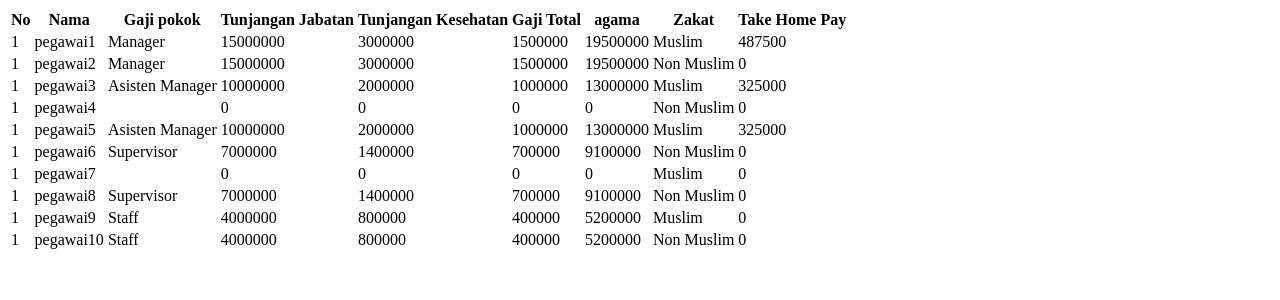
Repository: AHSANS354/Tugas-MSIB-5-GitHub
Page: tugasper3js.html
The author's editor kept a copy of each file at every save. The page is drawn from the files as they stood at one save, then again after the next save.
The browser window is 1280 px wide. The pictures show the whole page.

Above is the page before, as saved 2023-09-10 13:27:43.

After the next save:
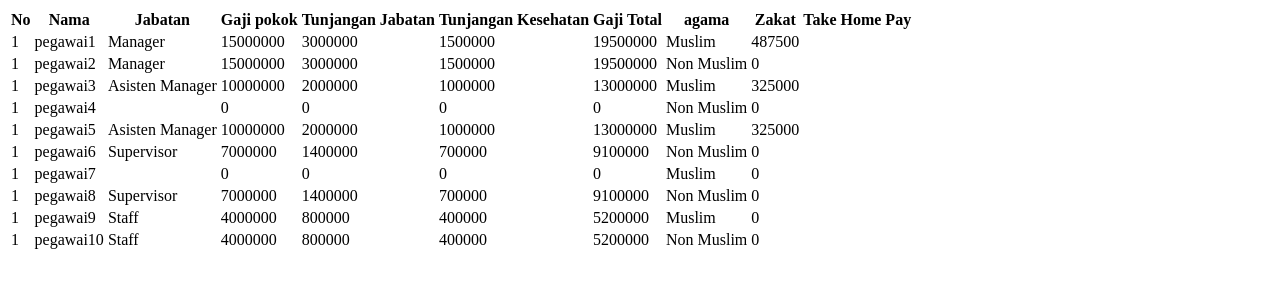
Saved 63 s later.
--- a/tugasper3js.html
+++ b/tugasper3js.html
@@ -3,6 +3,7 @@
     <tr>
       <th>No</th>
       <th>Nama</th>
+      <th>Jabatan</th>
       <th>Gaji pokok</th>
       <th>Tunjangan Jabatan</th>
       <th>Tunjangan Kesehatan</th>
